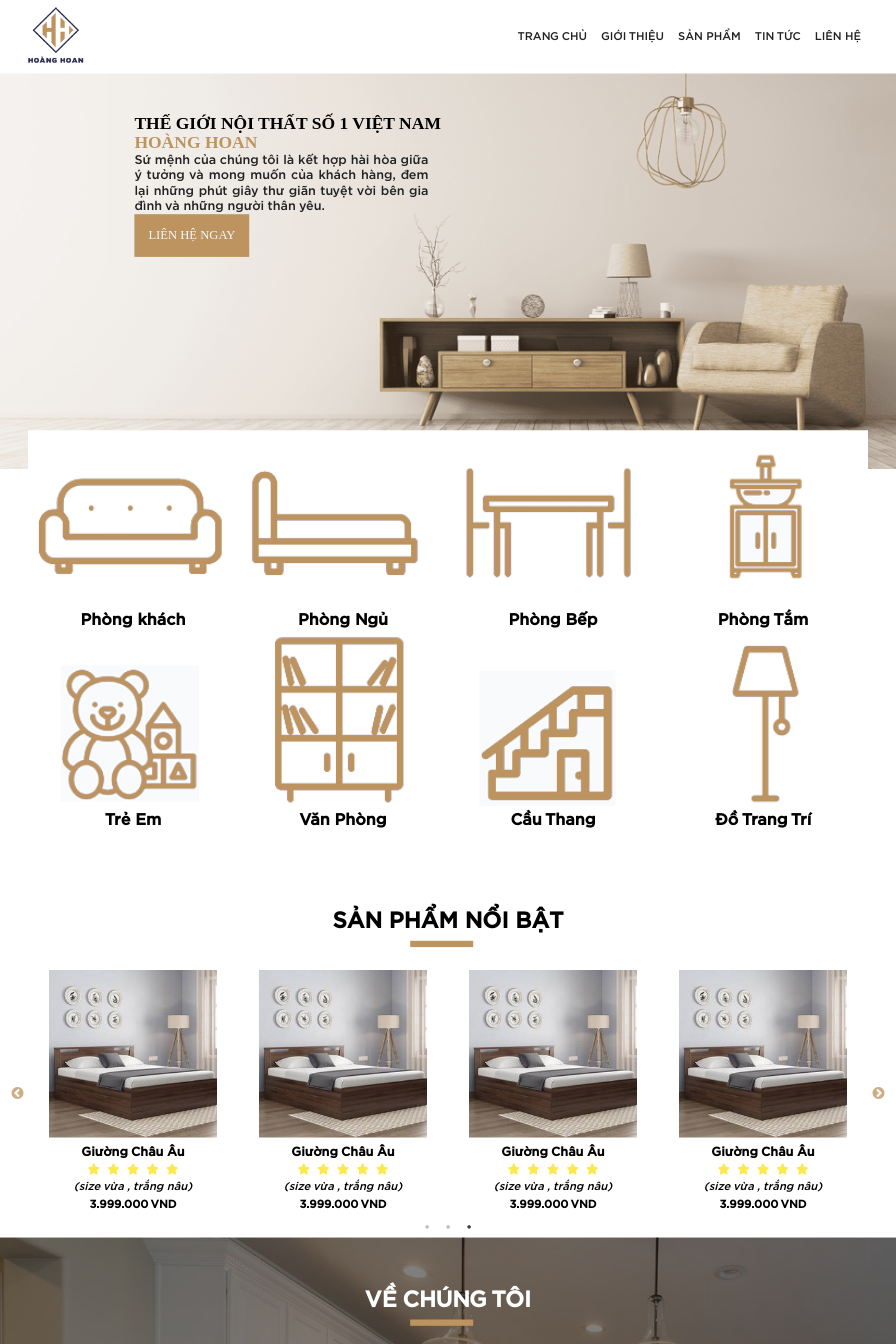
Repository: LDDUNG2003/prj_2
Page: /
The author's editor kept a copy of each file at every save. The page is drawn from the files as they stood at one save, then again after the next save.
The browser window is 1280 px wide. The pictures show the part of the page from y = 0 to 1920 px (the page is 3949 px tall), at 70% of full size.
The project was rebuilt for these pictures with package versions that can differ from the ones it lists, and the page was loaded fresh each time. Also part of the build but not shown: src/pages/news/index.js, src/styles/css/contact.css, src/pages/contact/index.js, src/pages/notfoud/index.js.

Above is the page before, as saved 2023-09-22 09:47:18.

### public/index.html
<!doctype html>
<html lang="en">
  <head>
    <meta charset="utf-8">
    <meta name="viewport" content="width=device-width, initial-scale=1">
    <link rel="shortcut icon" href="./img/logo.png">
    <link rel="preconnect" href="https://fonts.googleapis.com">
    <link rel="preconnect" href="https://fonts.gstatic.com" crossorigin>
    <link href="https://fonts.googleapis.com/css2?family=Roboto:ital,wght@0,100;0,300;0,400;0,500;1,100;1,400;1,500;1,700;1,900&display=swap" rel="stylesheet">
    <title>Nội Thất Hoàng Hoan</title>
  </head>
  <body>
    <div id="root"></div>
  </body>
</html>

### src/index.js
import React from 'react';
import ReactDOM from 'react-dom';
import App from './App';
import './index.css';

const root = ReactDOM.createRoot(document.getElementById('root'));
root.render(
  <React.StrictMode>
    <App />
  </React.StrictMode>,
);

### src/App.js
import React, { Component, Fragment } from 'react';
import { BrowserRouter as Router , Routes, Route } from 'react-router-dom';
import defaultLayout from './layouts/defaultLayout';
import { publicRoute } from './routes';
import "slick-carousel/slick/slick.css";
import "slick-carousel/slick/slick-theme.css";
import './styles/css/responsive.css';

class App extends Component {
  render() {
    return (
      <Router>
        <div className="App">
        <Routes>
          {publicRoute.map((route ,index) => {
              const Page = route.component
              let Layout
              if(route.layout === 'notlayout'){
                Layout = Fragment
              }else{
                Layout = defaultLayout
              }
              return (<Route
                key={index}
                path={route.path}
                element={
                <Layout>
                    <Page/>
                  </Layout>
                }/>);
            })}
        </Routes>
        </div>
      </Router>
    );
  }
}

export default App;

### src/index.css
@font-face {
    font-family: "Gotham-Medium";
    src: url(./styles/front/Gotham-Medium.otf);
}

@font-face {
    font-family: "Gotham-Thin";
    src: url(./styles/front/Gotham-Thin.otf);
}

@font-face {
    font-family: "Gotham-Ultra";
    src: url(./styles/front/Gotham-Ultra.otf);
}

### src/layouts/defaultLayout/index.js
// import PropTypes from 'prop-types'
import Header from "../header";
import Footer from "../footer";
import "../../styles/css/base.css";

function defaultLayout({children}) {
    return(
        <>
        <Header />
        <div className="content">{children}</div>
        <Footer />
        </>
    );
}

// DefaultLayout.propTypes = {
//     children: PropTypes.node.isRequired
// };
export default defaultLayout

### src/routes/index.js
import Home from '~/pages/home'
import News from '~/pages/news'
import Contact from '~/pages/contact'
import page404 from '~/pages/notfoud'

const publicRoute = [
    {path: '/',component: Home},
    {path: '/news',component: News},
    {path: '/contact',component: Contact},
    {path: '/*',component: page404, layout: 'notlayout'}
]

export  {publicRoute}

### src/styles/css/responsive.css
@media (min-width:767px) {
    #mobileMenu {
        display: none;
    }
}

@media (max-width: 767px) {
    #root {
        margin: 0px 5px;
    }
    #mobileMenu {
        display: block;
        text-align: center;
    }
    .logo--block {
        width: 100%;
        display: flex;
        align-items: center;
        justify-content: space-between;
    }
    .navBar {
        display: block;
        height: auto;
    }
    .choose-item {
        width: 100%;
    }
    .menu-mobile {
        width: 40px;
        height: 40px;
        padding: 10px;
        border: 0px;
        background-color: var(--primary-color);
    }
    .news--item-container {
        font-size: 11px;
    }
    .content--title::before {
        display: none;
    }
    .new--item-heading {
        font-size: 14px;
    }
    .navBar__list {
        display: none;
        width: 100%;
    }
    .navBar__list-item {
        padding: 4px;
        border-bottom: 2px solid #ccc;
    }
    .about__us {
        background: none;
    }
    .about__us::before {
        background: none;
    }
    .content__focut {
        position: static;
    }
    .focut--item {
        width: 50%;
    }
    .content__banner {
        width: 100%;
    }
    .banner--content {
        display: none;
    }
    .slick-prev:before,
    .slick-next:before {
        display: none;
    }
    .about--background {
        display: none;
    }
    .about__us-bag {
        position: static;
    }
    .about--block {
        display: block;
    }
    .about--content {
        width: 100%;
        color: var(--text-color);
    }
    .about--content img {
        width: 100%;
    }
    .content--title {
        color: var(--text-color);
    }
    .news--contain {
        display: block;
    }
    .mobile-display {
        display: none;
    }
    .news--contain--item {
        width: 100%;
    }
    .news--list-item {
        width: 100%;
        overflow: hidden;
    }
    .news--list-item img {
        height: 100%;
    }
    .partner--list {
        flex-wrap: wrap;
    }
    .partner--item {
        width: 50%;
    }
    .content--contact {
        display: none;
    }
    .footer__lable {
        display: block;
    }
    .footer--list {
        width: 100%;
        padding: 10px 0px;
    }
    .footer--list-item {
        width: 100%;
        padding: 5px 0px;
    }
    /* news responsive */
    .news--content-list {
        margin: 0px 20px;
    }
    .news--content-item {
        width: 100%;
    }
    .featured--list {
        width: 100%;
        margin: 10px;
        flex-wrap: wrap;
    }
    .featured--item {
        width: 100%;
    }
}

### src/layouts/header/index.js
import ListMenu from "./itemsHeader";
import { FontAwesomeIcon } from "@fortawesome/react-fontawesome"
import { faBars} from "@fortawesome/free-solid-svg-icons";
function Header(){
    let Href = window.location.href
    console.log(Href)

    return (
        <div className="header">
            <div className="navBar">
                <div className="logo--block">
                <img src="./img/logo.png" alt="logo" className="logo" />
                <button onClick={clickMenu} className="menu-mobile" id="mobileMenu"><FontAwesomeIcon icon={faBars} color="#fff"/></button>
                </div>
                <ul className="navBar__list">
                    <ListMenu/>
                </ul>
            </div>
        </div>
    )
}
function clickMenu(){
    if (document.getElementsByClassName("navBar__list")[0].style.display === "block") {
        document.getElementsByClassName("navBar__list")[0].style.display = null;
    } else {
        document.getElementsByClassName("navBar__list")[0].style.display = "block";
    }
}

export default Header

### src/styles/css/base.css
* {
    padding: 0px;
    margin: 0px;
    font-family: "Gotham-Medium";
    text-align: justify;
}

:root {
    --primary-color: #bd945f;
    --text-color: #222222;
}


/* font setting */

.App {
    width: 100%;
    overflow: hidden;
}

.main {
    width: 100%;
}

.header {
    padding: 10px 0px;
    margin: auto;
    width: 100%;
    max-width: 1200px;
}

.navBar {
    display: flex;
    width: 100%;
    justify-content: space-between;
}

.logo {
    height: 80px;
}

.navBar__list {
    display: flex;
    list-style: none;
    align-items: center;
}

.navBar__list-item {
    margin: 0 10px;
    position: relative;
}

.navBar__list--link {
    text-transform: uppercase;
    font-size: 16px;
    color: var(--text-color);
    text-decoration: none;
}

.navBar__list-item::before {
    content: '';
    background-color: var(--primary-color);
    display: block;
    height: 4px;
    margin-top: 7px;
    width: 0px;
    top: 75%;
    position: absolute;
    transition: 0.3s;
    z-index: 1;
}

.select--item::before {
    content: '';
    background-color: var(--primary-color);
    display: block;
    height: 4px;
    margin-top: 7px;
    width: 65px;
    top: 75%;
    position: absolute;
    z-index: 1;
}

.navBar__list-item:hover::before {
    width: 65px;
}

.featured--content {
    padding-top: 10px;
    text-align: center;
}

.featured-name {
    display: contents;
    font-size: 18px;
    text-transform: capitalize;
}

.evaluate--list {
    list-style: none;
    display: flex;
    justify-content: center;
}

.evaluate--list li {
    padding: 5px;
    margin: 0;
}

.note-product {}

.content--title {
    font-size: 32px;
    padding: 50px 0px;
    text-align: center;
    position: relative;
    text-transform: uppercase;
}

.content--title::before {
    content: '';
    background-color: var(--primary-color);
    width: 90px;
    height: 9px;
    position: absolute;
    top: 70%;
    right: 47%;
}

.content__featured {
    width: 100%;
    max-width: 1200px;
    margin: auto;
    padding-bottom: 30px;
}

.featured--list {
    width: 100%;
    list-style: none;
    display: flex;
    text-align: center;
}

.featured--item {}

.featured--img {
    width: 80%;
    margin: auto;
}

.price-product {
    text-align: center;
    padding: 7px 0px;
    font-weight: 800;
    font-size: 16px;
}

.slick-prev:before,
.slick-next:before {
    color: var(--primary-color) !important;
    width: 15px;
    display: inline-block;
}

.footer {
    padding: 20px 0px;
    background-color: black;
}

.footer__lable {
    max-width: 1200px;
    margin: auto;
    display: flex;
    width: 100%;
    justify-content: space-around;
    color: #fff;
    justify-content: space-between;
}

.footer--list {
    list-style: none;
    width: 32%;
}

.footer--list-item {
    font-size: 16px;
    padding-top: 8px;
    text-transform: capitalize;
    font-family: initial;
}

.footer--list-heading {
    font-size: 18px;
    font-weight: 300;
    text-transform: uppercase;
    position: relative;
    padding-bottom: 0px;
    font-family: 'Gotham-Medium';
}

.footer--list-heading::after {
    content: '';
    background-color: var(--primary-color);
    width: 110px;
    padding-top: 6px;
    position: absolute;
    left: 0px;
    bottom: -8px;
}

.footer--inheri {
    text-transform: uppercase;
    font-weight: 600;
    font-size: 18px;
}

.footer--list-contact {
    display: flex;
    list-style: none;
}

.fooder--list-contact-item {
    width: 16px;
    padding: 5px;
}

### src/layouts/header/itemsHeader/index.js
import { Link } from "react-router-dom"

function ListMenu() {
    var menuItem = ["Trang Chủ", "Giới Thiệu","sản phẩm","tin tức","Liên hệ"]
    var menuLink = ["/", "/About", "/Products", "/News", "/Contact"]
    var menubar =[]
    for (var i = 0; i < menuItem.length; i++) {
        menubar.push(
            <li onClick={clickLink} className="navBar__list-item" key={i}>
                <Link className="navBar__list--link" to={menuLink[i]}>{menuItem[i]}</Link>
            </li>
        )
        console.log(menuItem[i])
    }
    return (
        <>
        {menubar}
        </>
    );

    function clickLink(){
        document.getElementsByClassName("navBar__list")[0].style.display = null;
    }
}


export default ListMenu;

### src/pages/home/setProductSlick/index.js
import React, { Component } from "react";
import Slider from "react-slick";
import "~/styles/css/home.css"
import Star from "~/font-awesome"

export default class SimpleSlider extends Component {

  render() {
    const settings = {
      dots: true,
      infinite: true,
      speed: 300,
      slidesToShow: 4,
      slidesToScroll: 4,
      rtl: true,
      responsive: [
        {
          breakpoint: 1024,
          settings: {
            slidesToShow: 3,
            slidesToScroll: 3,
            infinite: true,
            dots: true
          }
        },
        {
          breakpoint: 600,
          settings: {
            slidesToShow: 2,
            slidesToScroll: 2
          }
        },
        {
          breakpoint: 480,
          settings: {
            slidesToShow: 1,
            slidesToScroll: 1
          }
        }
      ]
    };
    var slides = []
    for (var i = 0; i < 10; i++) {
      slides.push(
        <li className="featured--item">
          <img src="./img/featured/giuong-ngu.png" alt className="featured--img" />
          <div className="featured--content">
            <h5 className="featured-name">Giường Châu Âu</h5>
            <ul className="evaluate--list">
              <li><Star/></li>
              <li><Star/></li>
              <li><Star/></li>
              <li><Star/></li>
              <li><Star/></li>
            </ul>
            <i className="note-product">(size vừa , trắng nâu)</i>
            <p className="price-product">3.999.000 VND</p>
          </div>
        </li>
      )
    }
    return (
      <div>
        <Slider {...settings}>
          {slides}
        </Slider>
      </div>
    );
  }
}

### src/styles/css/news.css
.news--contet {
    width: 100%;
    max-width: 1200px;
    margin: auto;
    padding-bottom: 50px;
}

.news--content-list {
    display: flex;
    flex-wrap: wrap;
    list-style: none;
    align-items: center;
}

.news--content-item {
    width: 33%;
    padding: 20px;
    box-sizing: border-box;
}

.news--item-img {
    width: 100%;
}

.news--item-contain {
    margin: auto;
    margin-left: 8px;
}

.news--contain-heading {
    font-size: 23px;
    color: var(--primary-color);
    text-transform: uppercase;
}

.news--contain-text {
    padding: 10px 0px 0px 0px;
    font-size: 16px;
}

### src/pages/notfoud/index.css
* {
    -webkit-box-sizing: border-box;
    box-sizing: border-box;
}

body {
    padding: 0;
    margin: 0;
}

#notfound {
    position: relative;
    height: 100vh;
}

#notfound .notfound {
    position: absolute;
    left: 50%;
    top: 50%;
    -webkit-transform: translate(-50%, -50%);
    -ms-transform: translate(-50%, -50%);
    transform: translate(-50%, -50%);
}

.notfound {
    max-width: 520px;
    width: 100%;
    line-height: 1.4;
    text-align: center;
}

.notfound .notfound-404 {
    position: relative;
    height: 200px;
    margin: 0px auto 20px;
    z-index: -1;
}

.notfound .notfound-404 h1 {
    font-family: 'Montserrat', sans-serif;
    font-size: 236px;
    font-weight: 200;
    margin: 0px;
    color: #211b19;
    text-transform: uppercase;
    position: absolute;
    left: 50%;
    top: 50%;
    -webkit-transform: translate(-50%, -50%);
    -ms-transform: translate(-50%, -50%);
    transform: translate(-50%, -50%);
}

.notfound .notfound-404 h2 {
    font-family: 'Montserrat', sans-serif;
    font-size: 28px;
    font-weight: 400;
    text-transform: uppercase;
    color: #211b19;
    background: #fff;
    padding: 10px 5px;
    margin: auto;
    display: inline-block;
    position: absolute;
    bottom: 0px;
    left: 0;
    right: 0;
}

.notfound a {
    font-family: 'Montserrat', sans-serif;
    display: inline-block;
    font-weight: 700;
    text-decoration: none;
    color: #fff;
    text-transform: uppercase;
    padding: 13px 23px;
    background: #ff6300;
    font-size: 18px;
    -webkit-transition: 0.2s all;
    transition: 0.2s all;
}

.notfound a:hover {
    color: #ff6300;
    background: #211b19;
}

@media only screen and (max-width: 767px) {
    .notfound .notfound-404 h1 {
        font-size: 148px;
    }
}

@media only screen and (max-width: 480px) {
    .notfound .notfound-404 {
        height: 148px;
        margin: 0px auto 10px;
    }
    .notfound .notfound-404 h1 {
        font-size: 86px;
    }
    .notfound .notfound-404 h2 {
        font-size: 16px;
    }
    .notfound a {
        padding: 7px 15px;
        font-size: 14px;
    }
}

### src/styles/css/home.css
.content {
    width: 100%;
    /* max-width: 1500px; */
    margin: auto;
}

.content__banner {
    width: 100%;
    position: relative;
}

.content--list-image {
    width: 100%;
    max-width: 1500px;
    margin: auto;
}

.content--image {
    width: 100%;
}

.banner--content {
    position: absolute;
    top: 10%;
    left: 15%;
}

.banner--content-text-title {
    text-transform: uppercase;
    font-family: 800;
    font-family: "gotham-utral";
    font-size: 25px;
}

.banner--content-text {
    font-size: 18px;
    color: var(--text-color);
    width: 420px;
}

.banner--button {
    padding: 20px;
    color: aliceblue;
    background-color: var(--primary-color);
    border: none;
    font-family: "gotham-utral";
    font-size: 18px;
    cursor: pointer;
}

.content__focut {
    position: relative;
    background-color: #ffffff;
    top: -60px;
    max-width: 1200px;
    width: 100%;
    margin: auto;
}

.focut--list {
    margin: auto;
    display: flex;
    width: 100%;
    list-style: none;
    flex-wrap: wrap;
}

.focut--item {
    width: 25%;
    text-align: center;
}

.focut--img {
    width: 100%;
}

.focut--text {
    text-align: center;
    font-size: 23px;
}

.content__featured {
    width: 100%;
    max-width: 1200px;
    margin: auto;
    padding-bottom: 30px;
}

.featured--list {
    width: 100%;
    list-style: none;
    display: flex;
    text-align: center;
}

.featured--item {
    width: 24%;
}

.featured--img {
    width: 80%;
    margin: auto;
}

.about__us {
    position: relative;
    width: 100%;
    max-width: 1500px;
    margin: auto;
    padding: 20px 0px;
    background-image: url("../img/bg-about-us.jpg");
    display: flex;
    justify-content: center;
}

.about__us::before {
    content: "";
    position: absolute;
    width: 100%;
    height: 100%;
    background-color: black;
    opacity: 0.5;
    z-index: 0;
    top: 0px;
    display: block;
}

.about__us-bag {
    top: 0px;
    width: 100%;
    max-width: 1200px;
    left: 10%;
    color: #ffffff;
    z-index: 1;
}

.about__content {
    width: 100%;
}

.about--block {
    display: flex;
    justify-content: space-between;
}

.about--content {
    width: 47%;
}

.about--content--title {
    font-size: 23px;
}

.about--text--list {
    font-size: 16px;
    padding: 10px 0px;
}

.about--text {
    padding: 10px 0px;
}

.about--list {
    list-style: none;
    display: flex;
}

.about--item {
    width: 20%;
    padding: 4px;
}

.about--img {
    width: 100%;
}

.choose__choose {
    width: 100%;
}

.choose--list {
    list-style: none;
    display: flex;
    flex-wrap: wrap;
    justify-content: space-between;
}

.choose--item {
    align-items: center;
    margin: 5px 0px;
    width: 48%;
    display: flex;
    background-color: #ffffff;
}

.choose--content-title {
    color: var(--primary-color);
    font-size: 23px;
    text-transform: uppercase;
    font-weight: 800;
}

.choose--text {
    font-weight: 700;
    font-size: 16px;
    padding: 5px 0px;
    color: var(--text-color);
}

.news {
    margin: auto;
    width: 100%;
    max-width: 1500px;
}

.content--title {}

.news--contain {
    margin: auto;
    display: flex;
    width: 100%;
    justify-content: space-between;
}

.news--contain--item {
    width: 48%;
    position: relative;
}

.impotant--grd {
    height: 460px;
    width: 100%;
}

.news-contain-impotant {
    margin-right: 10px;
    position: absolute;
    bottom: 0;
    height: 30%;
    background-color: var(--primary-color);
    padding: 20px 10px;
    width: 100%;
}

.news--impotant-heading {
    font-size: 23px;
    text-transform: uppercase;
    color: #ffffff;
}

.news--impotant-text {
    font-size: 16px;
}

.news--list {
    list-style: none;
}

.news--list-item {
    margin: 5px 0;
    display: flex;
    height: 105px;
}

.new--item-heading {
    font-size: 21px;
    text-transform: capitalize;
}

.news--item-container {
    font-size: 16px;
    margin: 5px;
    font-weight: 100;
    text-align: justify;
}

.news--impotant-text {
    margin: 0px;
}

.partner--contain {}

.partner--list {
    display: flex;
    list-style: none;
    flex-wrap: wrap;
    width: 100%;
    /* setup max width  */
    max-width: 1200px;
    margin: auto;
}

.partner--item {
    /* setup width calc 100/7 */
    width: calc(100% / 7);
    /* width: calc(100%/7%); */
}

.content--contact {
    width: 100%;
    margin: auto;
    max-width: 1600px;
    position: relative;
    box-sizing: border-box;
}

.contact--contain {
    height: 100%;
}

.contact-bg {
    width: 100%;
    height: 100%;
}

.contact-contain {}

.contact-image {
    position: absolute;
    display: none;
}

### src/font-awesome/index.js
import { FontAwesomeIcon } from "@fortawesome/react-fontawesome";
import { faStar} from "@fortawesome/free-solid-svg-icons";
function Star() {
    return (
        <FontAwesomeIcon icon={faStar} style={{color: "#fce94f",}} />
     );
}


export default Star;

Loaded but not shown: src/pages/home/index.js (219 lines, source omitted); src/layouts/footer/index.js (47 lines, source omitted)

After the next save:
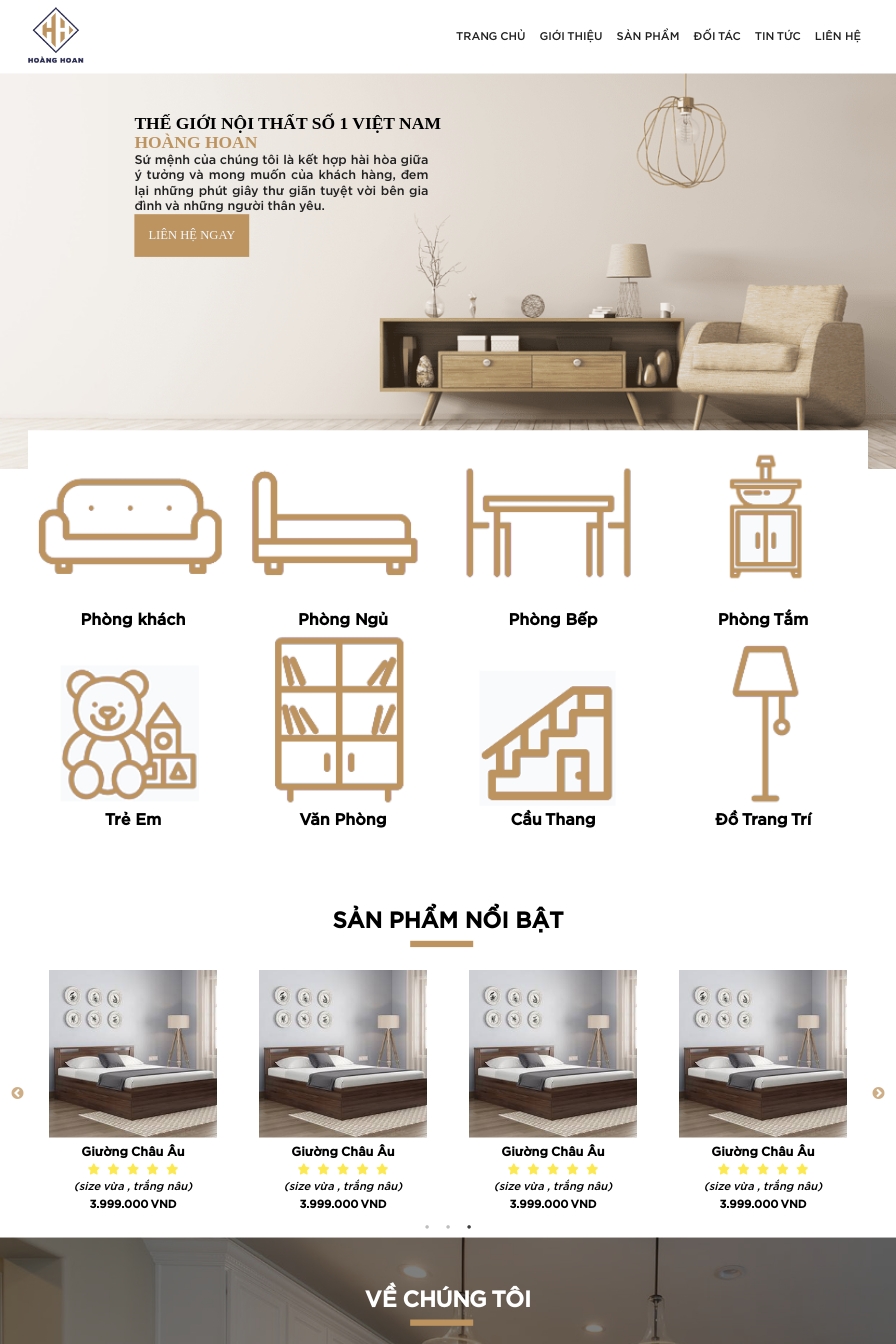
Saved 28 s later.
--- a/src/layouts/header/itemsHeader/index.js
+++ b/src/layouts/header/itemsHeader/index.js
@@ -1,7 +1,7 @@
 import { Link } from "react-router-dom"
 
 function ListMenu() {
-    var menuItem = ["Trang Chủ", "Giới Thiệu","sản phẩm","tin tức","Liên hệ"]
+    var menuItem = ["Trang Chủ", "Giới Thiệu","sản phẩm","Đối Tác","tin tức","Liên hệ"]
     var menuLink = ["/", "/About", "/Products", "/News", "/Contact"]
     var menubar =[]
     for (var i = 0; i < menuItem.length; i++) {
